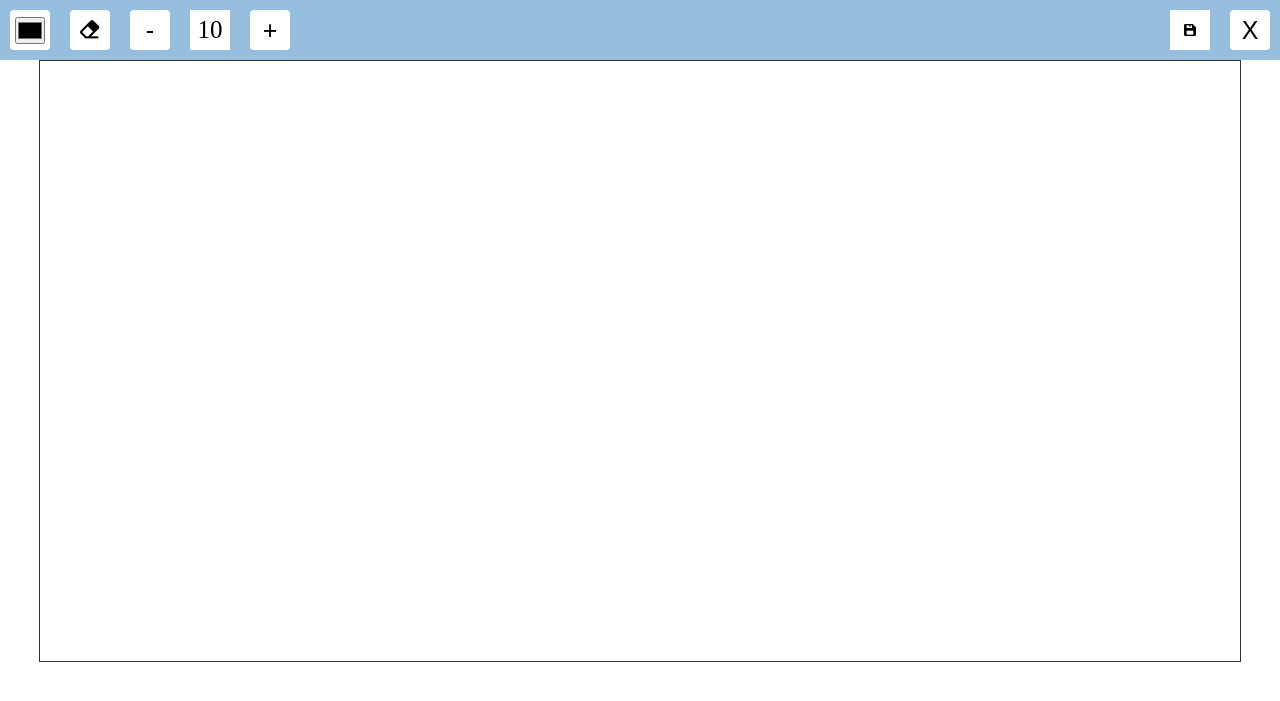
Repository: reminzuetto/DrawingApp
Page: index.html
These files come from the project's save history. The page is drawn as it stood at one moment and after the next save; the edit follows.
The browser window is 1280 px wide. The pictures show the whole page.

Above is the page before, as saved 2024-06-10 20:24:25.

After the next save:
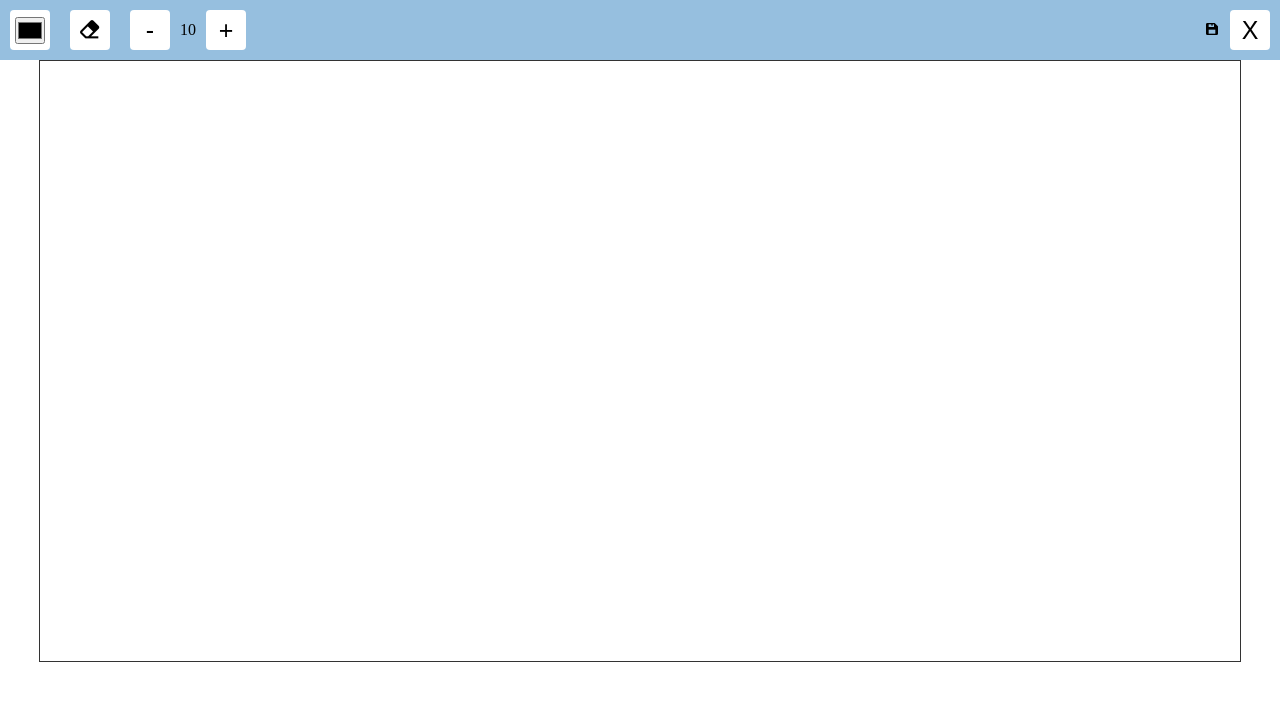
Saved 43 s later.
--- a/style.css
+++ b/style.css
@@ -35,7 +35,7 @@ button {
   align-items: center;
 }
 
-.tools > * {
+/* .tools > * {
   background-color: #fff;
   border: none;
   font-size: 25px;
@@ -47,7 +47,7 @@ button {
   align-items: center;
   justify-content: center;
   cursor: pointer;
-}
+} */
 
 #save {
   font-size: 16px;
